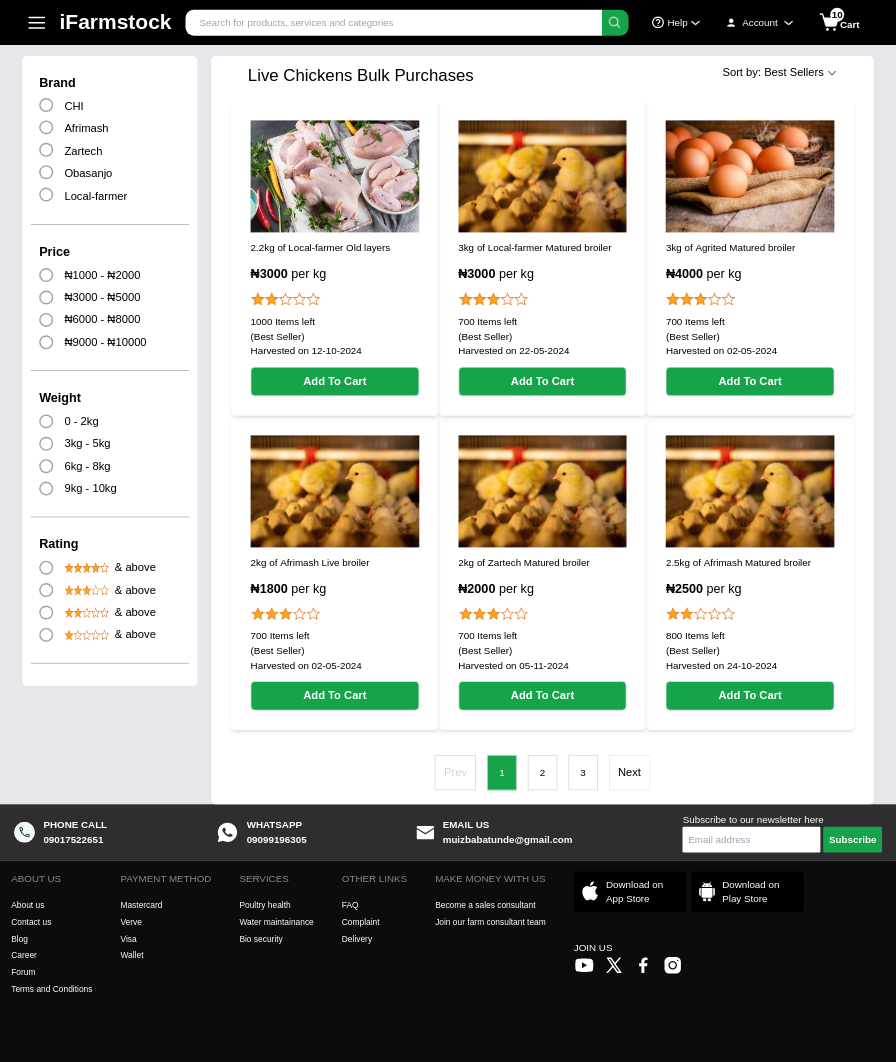
Repository: IssaMuiz/ifarmstock
Page: /live-chickens-bulk-purchases
An editor plug-in stored every save of this project. The page is shown before and after the next save, followed by the edit.
The browser window is 1280 px wide. The pictures show the part of the page from y = 0 to 1920 px (the page is 1517 px tall before and 3308 px after), at 70% of full size.
The project was rebuilt for these pictures with package versions that can differ from the ones it lists, and the page was loaded fresh each time. The framework's server and built-in components were replaced by stand-ins that run in the browser. Also part of the build but not shown: next.config.mjs.

Above is the page before, as saved 2024-09-14 01:03:07.

### app/layout.tsx
import "@/styles/globals.css";
import Footer from "@/components/footer";
import ClientLayout from "@/components/clientLayout";
export const metadata = {
  title: "iFarmStock",
  description: "Livestock farming e-commerce website",
};

export default function RootLayout({
  children,
}: {
  children: React.ReactNode;
}) {
  return (
    <html lang="en">
      <body className="bg-gray-200 min-h-screen w-auto flex flex-col ">
        <main className="flex-grow">
          <ClientLayout>{children}</ClientLayout>
        </main>
        <footer>
          <Footer />
        </footer>
      </body>
    </html>
  );
}

### app/live-chickens-bulk-purchases/page.tsx
"use client";
import Image from "next/image";
import livechickens from "@/models/liveChickensBulkPurchases.json";
import React, { useEffect, useState } from "react";
import Sorting from "@/components/sorting";
import Filter from "@/components/filter";
import Pagination from "@/components/pagination";

interface DiscountType {
  minWeight: number;
  maxWeight: number | null;
  discount: number;
}

interface ProductType {
  id: number;
  image: string;
  name: string;
  price: number;
  weight: number;
  rating: number;
  itemsLeft: number;
  isBestSeller: boolean;
  dateAdded: string;
  brand: string;
  minimum: number;
  discountTiers: DiscountType[];
}

type weightType = [number, number] | null;

const MaturedBroiler = () => {
  const [products, setProducts] = useState<ProductType[]>([]);
  const [loading, setLoading] = useState(true);
  const [currentPage, setCurrentPage] = useState<number>(1);
  const [isOpen, setIsOpen] = useState<boolean>(false);
  const [isSortOpen, setIsSortOpen] = useState(false);
  const [isFilteredOpen, setIsFilteredOpen] = useState(false);
  const [sortingSelected, setSortingSelected] = useState<string>("bestSellers");
  const [selectedBrand, setSelectedBrand] = useState<string | null>(null);
  const [priceRange, setPriceRange] = useState<number[] | null>(null);
  const [weightRange, setWeightRange] = useState<weightType>([0, 10]);
  const [rating, setRating] = useState<number | null>(null);
  const [totalPages, setTotalPages] = useState(0);

  const productPerPage = 6;
  const indexOfLastProduct = currentPage * productPerPage;
  const indexOfFirstProduct = indexOfLastProduct - productPerPage;

  const sortingOptions = [
    { value: "lowToHigh", label: "Price: Low to High" },
    { value: "highToLow", label: "Price: High to low" },
    { value: "newest", label: "Newest Arrivals" },
    { value: "bestSellers", label: "Best Sellers" },
  ];

  const liveChickensPriceRange = [
    [1000, 2000],
    [3000, 5000],
    [6000, 8000],
    [9000, 10000],
  ];

  const ratingImages = [
    {
      value: 40,
      img: "/assets/icons/rating-40.png",
    },
    {
      value: 30,
      img: "/assets/icons/rating-30.png",
    },
    {
      value: 20,
      img: "/assets/icons/rating-20.png",
    },
    {
      value: 10,
      img: "/assets/icons/rating-10.png",
    },
  ];

  /* useEffect(() => {
    const fetchData = async () => {
      const data = await fetch("/models/liveChickensBulkPurchases.json").then(
        (res) => res.json()
      );

      setProducts(data);

      console.log(data);
    };
    fetchData();
  }, []);
 */
  const calculateDiscountPrice = (
    product: ProductType,
    weight: number
  ): number => {
    console.log("hello products");
    const basePrice = product.price * weight;
    let discount = 0;

    for (const discountTiers of product.discountTiers) {
      console.log(
        discountTiers.minWeight,
        discountTiers.maxWeight,
        discountTiers.discount
      );
      if (
        weight >= discountTiers.minWeight &&
        (discountTiers.maxWeight === null || weight <= discountTiers.maxWeight!)
      ) {
        discount = discountTiers.discount;
        break;
      }
    }

    const discountedPrice = basePrice * (1 - discount / 100);
    return discountedPrice;
  };

  const product = products.find((p) => p.id === 1);
  if (product) {
    const weight = 200;

    const price = calculateDiscountPrice(product, weight);

    console.log(`Total Price for ${weight}kg: ${price}`);
  } else {
    console.log("product not found");
  }

  const selectedLabel =
    sortingOptions.find((option) => option.value === sortingSelected)?.label ||
    "Selected";

  useEffect(() => {
    const filteredProducts = () => {
      setLoading(true);

      let filtered = [...livechickens];

      if (sortingSelected === "bestSellers") {
        filtered = filtered.sort((a, b) =>
          a.isBestSeller === b.isBestSeller ? 0 : a.isBestSeller ? -1 : 1
        );
      } else if (sortingSelected === "lowToHigh") {
        filtered = filtered.sort((a, b) => a.price - b.price);
      } else if (sortingSelected === "highToLow") {
        filtered = filtered.sort((a, b) => b.price - a.price);
      } else if (sortingSelected === "newest") {
        filtered = filtered.sort(
          (a, b) =>
            new Date(b.dateAdded).getTime() - new Date(a.dateAdded).getTime()
        );
      }

      if (priceRange) {
        filtered = filtered.filter(
          (product) =>
            product.price >= priceRange[0] && product.price <= priceRange[1]
        );
      }

      if (weightRange) {
        filtered = filtered.filter(
          (product) =>
            product.weight >= weightRange[0] && product.weight <= weightRange[1]
        );
      }
      if (selectedBrand) {
        filtered = filtered.filter(
          (product) => product.brand === selectedBrand
        );
      }
      if (rating !== null && rating > 0) {
        filtered = filtered.filter((product) => product.rating >= rating);
      }

      const newTotalPages = Math.ceil(filtered.length / productPerPage);

      setTotalPages(newTotalPages);

      if (currentPage > newTotalPages) {
        setCurrentPage(1);
      }
      const currentProducts = filtered.slice(
        indexOfFirstProduct,
        indexOfLastProduct
      );
      setProducts(currentProducts);
      setLoading(false);
    };

    filteredProducts();
  }, [
    weightRange,
    selectedBrand,
    priceRange,
    rating,
    sortingSelected,
    productPerPage,
    currentPage,
    indexOfFirstProduct,
    indexOfLastProduct,
  ]);

  const resetFilter = () => {
    setSelectedBrand(null);
    setPriceRange(null);
    setRating(null);
  };

  const handleGoBack = () => {
    resetFilter();
  };

  const toggleBrand = (brand: string) => {
    if (selectedBrand === brand) {
      setSelectedBrand(null);
    } else {
      setSelectedBrand(brand);
    }
  };

  const toggleRating = (rate: number) => {
    if (rating === rate) {
      setRating(null);
    } else {
      setRating(rate);
    }
  };

  const togglePrice = (range: number[]) => {
    setPriceRange((prev) =>
      prev && prev[0] === range[0] && prev[1] === range[1] ? null : range
    );
  };

  const toggleWeight = (range: weightType) => {
    if (weightRange?.[0] === range?.[0] && weightRange?.[1] === range?.[1]) {
      setWeightRange([0, 10000]);
    } else {
      setWeightRange(range);
    }
  };

  const toggleSortDropdown = () => {
    setIsOpen((prev) => !prev);
  };
  const toggleSortPanel = () => {
    setIsSortOpen((prev) => !prev);
  };
  const toggleFilteredPanel = () => {
    setIsFilteredOpen((prev) => !prev);
  };

  const handleSortChange = (e: React.ChangeEvent<HTMLInputElement>) => {
    setSortingSelected(e.target.value);
    setIsSortOpen(false);
  };

  const handleLabelClick = (sortType: string) => {
    setSortingSelected(sortType);
    setIsSortOpen(false);
  };

  const scrollToTop = () => {
    window.scrollTo({ top: 0 });
  };

  const handleNextPage = () => {
    if (currentPage < totalPages) {
      setCurrentPage((prevPage) => prevPage + 1);
      scrollToTop();
    }
  };

  const handlePrevPage = () => {
    if (currentPage > 1) {
      setCurrentPage((prevPage) => prevPage - 1);
      scrollToTop();
    }
  };

  const handlePageClick = (pageNumber: number) => {
    setCurrentPage(pageNumber);
    scrollToTop();
  };

  const getPagenumbers = () => {
    const maxVisiblePages = 3;

    let startPage = Math.max(currentPage - 1, 1);
    let endPage = startPage + maxVisiblePages - 1;

    if (endPage > totalPages) {
      endPage = totalPages;

      startPage = Math.max(endPage - maxVisiblePages + 1, 1);
    }

    const pages = [];
    for (let i = startPage; i <= endPage; i++) {
      pages.push(i);
    }
    return pages;
  };

  return (
    <section className="flex gap-5 tablet:mx-8 tablet:mt-20 mobile:mt-24">
      <div className="mobile:hidden tablet:flex">
        <Filter
          priceRange={liveChickensPriceRange}
          showWeightFilter={true}
          resetFilter={resetFilter}
          togglePrice={togglePrice}
          toggleBrand={toggleBrand}
          toggleWeight={toggleWeight}
          toggleRating={toggleRating}
          selectedBrand={selectedBrand}
          selectedPriceRange={priceRange}
          weightRange={weightRange}
          rating={rating}
          ratingImages={ratingImages}
        />
      </div>
      {loading ? (
        <p>Loading...</p>
      ) : products.length === 0 ? (
        /* Empty Products cards */
        <div className="bg-white w-96 rounded-md h-56 flex flex-col items-center text-center mx-auto mt-20">
          <p className="text-lg font-semibold pt-10">
            This product search option is not available
          </p>
          <span>Please try other options</span>
          <button className="bg-gray-300 p-2" onClick={handleGoBack}>
            Go Back
          </button>
        </div>
      ) : (
        <div>
          <div className="text-center h-20 mobile:block tablet:hidden text-2xl mt-8 fixed top-16 left-0 z-10 right-0 text-black bg-white">
            <p className="mt-6">Live Chickens Bulk Purchases</p>
            {/* Mobile view Sort and Filter button */}
            <div className="flex justify-evenly text-black mt-2 bg-white text-lg p-2 border-b-4 border-t-4">
              <div
                onClick={toggleSortPanel}
                className="flex gap-1 items-center w-max   cursor-pointer
              "
              >
                <Image
                  className="h-5 w-5"
                  src="/assets/icons/sort-50.png"
                  alt="sort-icon"
                  width={10}
                  height={10}
                />
                <button type="button" className="">
                  Sort
                </button>
              </div>
              <div className="border-r border-r-black "></div>
              <div
                onClick={toggleFilteredPanel}
                className="flex gap-1 items-center w-max cursor-pointer "
              >
                <Image
                  className="h-5 w-5"
                  src="/assets/icons/filter-24.png"
                  alt="sort-icon"
                  width={10}
                  height={10}
                />
                <button type="button">Filter</button>
              </div>

              {/* Sliding Sort Panel */}
              <div
                className={`fixed top-24 right-0 w-full bg-white h-full shadow-lg z-20 transform ${
                  isSortOpen ? "translate-x-0" : "-translate-x-full "
                } transition-transform duration-300 ease-in-out`}
              >
                <Sorting
                  isSortOpen={isSortOpen}
                  toggleDropdown={toggleSortDropdown}
                  selectedLabel={selectedLabel}
                  sortingOptions={sortingOptions}
                  isOpen={isOpen}
                  handleLabelClick={handleLabelClick}
                  sortingSelected={sortingSelected}
                  handleSortChange={handleSortChange}
                />
                <button
                  onClick={toggleSortPanel}
                  className="absolute top-2 right-2 text-3xl"
                >
                  &times;
                </button>
              </div>

              {/* Sliding Filter Panel */}
              <div
                className={`fixed top-24 left-0 max-h-screen overflow-y-auto bg-white h-full w-full  shadow-lg z-20 transform ${
                  isFilteredOpen ? "translate-x-0" : "-translate-x-full "
                } transition-transform duration-300 ease-in-out`}
              >
                <div className="relative w-full h-full ">
                  <div className="flex justify-between items-center bg-white p-4 sticky top-0 z-20 shadow-md">
                    <div className="flex gap-2">
                      <button
                        className="bg-gray-500 p-1 text rounded-md"
                        onClick={toggleFilteredPanel}
                      >
                        Close
                      </button>
                      <button
                        type="button"
                        onClick={toggleFilteredPanel}
                        className="text p-1 rounded-md bg-green-600"
                      >
                        Apply
                      </button>
                    </div>

                    <button
                      type="button"
                      onClick={resetFilter}
                      className="bg-red-600 text text p-1 rounded-md"
                    >
                      Reset
                    </button>
                  </div>

                  <Filter
                    priceRange={liveChickensPriceRange}
                    showWeightFilter={true}
                    resetFilter={resetFilter}
                    togglePrice={togglePrice}
                    toggleWeight={toggleWeight}
                    toggleBrand={toggleBrand}
                    toggleRating={toggleRating}
                    selectedBrand={selectedBrand}
                    selectedPriceRange={priceRange}
                    weightRange={weightRange}
                    rating={rating}
                    ratingImages={ratingImages}
                  />
                </div>
              </div>
            </div>
          </div>

          {/* Desktop and tablet view Sorting */}
          <div className="Broiler-cards h-auto bg-white p-3 w-full rounded-md items-center pb-5">
            <div className="flex justify-between mx-10 tablet:flex mobile:hidden ">
              <div>
                <h1 className="desktop:text-2xl tablet:text-lg ">
                  Live Chickens Bulk Purchases
                </h1>
              </div>

              <Sorting
                isSortOpen={isSortOpen}
                toggleDropdown={toggleSortDropdown}
                selectedLabel={selectedLabel}
                sortingOptions={sortingOptions}
                isOpen={isOpen}
                handleLabelClick={handleLabelClick}
                sortingSelected={sortingSelected}
                handleSortChange={handleSortChange}
              />
            </div>
            {/* Products Cards */}
            <div className="bg-white h-auto flex flex-col items-center w-auto tablet:mt-1 mobile:mt-24">
              <ul className="grid desktop:grid-cols-3 tablet:grid-cols-2 mobile:grid-cols-1 tablet:p-4 mobile:p-1">
                {products.map((product) => (
                  <li
                    key={product.id}
                    className="flex shadow-md hover:shadow-xl hover:scale-[1.01] hover:transition-all hover:duration-300 hover:ease-in-out flex-col tablet:min-w-[200px] mobile:min-w-[120px] tablet:p-7 tablet:gap-3 mobile:p-3 mobile:gap-1 rounded-md cursor-pointer"
                  >
                    <Image
                      src={product.image}
                      alt="poultry"
                      width={150}
                      height={100}
                      className="h-full w-full"
                    />
                    <div className="text-md">
                      <p className="line-clamp-2 mb-3">
                        <span>{product.weight}kg</span>
                        <span className="mx-1">of</span>
                        <span>{product.brand}</span> {product.name}
                      </p>
                      <p className="font-semibold text-lg mb-3">
                        &#8358;{product.price}
                        <span className="text-md font-extralight"> per kg</span>
                      </p>
                      <div className="mb-3">
                        <Image
                          src={`/assets/icons/rating-${product.rating}.png`}
                          alt="rating-icon"
                          width={100}
                          height={60}
                        />
                      </div>
                      <div className="">{product.itemsLeft} Items left</div>
                      <div>
                        {product.isBestSeller && <span>(Best Seller)</span>}
                      </div>
                      <div>Harvested on {product.dateAdded}</div>
                    </div>
                    <button
                      type="button"
                      className="border w-full bg-green-600 hover:bg-green-700 text-white p-2 font-semibold rounded-md text-base"
                    >
                      Add To Cart
                    </button>
                  </li>
                ))}
              </ul>

              <Pagination
                currentPage={currentPage}
                handlePrevPage={handlePrevPage}
                getPagenumbers={getPagenumbers}
                handlePageClick={handlePageClick}
                totalPages={totalPages}
                handleNextPage={handleNextPage}
              />
            </div>
          </div>
        </div>
      )}
    </section>
  );
};

export default MaturedBroiler;

### styles/globals.css
@tailwind base;
@tailwind components;
@tailwind utilities;

.scrollbar {
  scrollbar-width: thin;
}

.text {
  color: white;
}

body {
  font-family: Arial, Helvetica, sans-serif;
  font-size: 14px;
}

### components/clientLayout.tsx
"use client";
import Navbar from "@/components/navbar";
import Sidenav from "@/components/sidenav";
import { useState, createContext } from "react";

export const SidebarContext = createContext({
  isOpen: false,
  toggleSidebar: () => {},
});

const ClientLayout = ({ children }: { children: React.ReactNode }) => {
  const [isOpen, setIsOpen] = useState(false);

  const toggleSidebar = () => {
    setIsOpen((prev) => !prev);
  };
  return (
    <SidebarContext.Provider value={{ isOpen, toggleSidebar }}>
      <Navbar />
      <Sidenav />
      <div
        className={`fixed inset-0 bg-black transition-opacity duration-300 ease-in-out z-10 ${
          isOpen
            ? "opacity-70 pointer-events-auto"
            : "opacity-0 pointer-events-none"
        }`}
        onClick={toggleSidebar}
      ></div>
      <section
        className={`relative z-0 transition-all duration-300 ease-in-out `}
      >
        {children}
      </section>
    </SidebarContext.Provider>
  );
};

export default ClientLayout;

### components/pagination.tsx
interface PaginationProps {
  currentPage: number;
  handlePrevPage: () => void;
  getPagenumbers: () => number[];
  handlePageClick: (pageNumber: number) => void;
  totalPages: number;
  handleNextPage: () => void;
}

const Pagination: React.FC<PaginationProps> = ({
  currentPage,
  handlePrevPage,
  getPagenumbers,
  handlePageClick,
  totalPages,
  handleNextPage,
}) => {
  return (
    <div className="flex tablet:gap-4 mobile:gap-2 mx-auto mt-5">
      <button
        disabled={currentPage === 1}
        onClick={handlePrevPage}
        className={`border tablet:p-3 mobile:p-1 tablet:text-base mobile:text-sm  ${
          currentPage === 1
            ? " border-gray-300 text-gray-300 "
            : "hover:border-green-600 "
        }`}
      >
        Prev
      </button>
      {getPagenumbers().map((pageNumber) => (
        <button
          key={pageNumber}
          onClick={() => handlePageClick(pageNumber)}
          className={`${
            pageNumber === currentPage
              ? "active bg-green-600 text cursor-pointer"
              : ""
          } border border-gray-300 tablet:px-4 mobile:px-2 tablet:py-1 hover:border-green-600`}
        >
          {pageNumber}
        </button>
      ))}

      <button
        disabled={currentPage === totalPages}
        onClick={handleNextPage}
        className={`border tablet:p-3 mobile:p-1 tablet:text-base mobile:text-sm ${
          currentPage === totalPages
            ? " border-gray-300 text-gray-300 "
            : "hover:border-green-600 cursor-pointer"
        }`}
      >
        Next
      </button>
    </div>
  );
};

export default Pagination;

### tailwind.config.ts
import type { Config } from "tailwindcss";

const config: Config = {
  content: [
    "./pages/**/*.{js,ts,jsx,tsx,mdx}",
    "./components/**/*.{js,ts,jsx,tsx,mdx}",
    "./app/**/*.{js,ts,jsx,tsx,mdx}",
  ],
  theme: {
    extend: {
      screens: {
        mobile: "320px",
        tablet: "768px",
        desktop: "1024px",
      },
    },
  },
  plugins: [],
};
export default config;

Loaded but not shown: models/liveChickensBulkPurchases.json (482 lines, source omitted); public/models/liveChickensBulkPurchases.json (482 lines, source omitted); components/footer.tsx (335 lines, source omitted); components/filter.tsx (230 lines, source omitted); components/navbar.tsx (151 lines, source omitted); components/sidenav.tsx (125 lines, source omitted); components/sorting.tsx (116 lines, source omitted)

After the next save:
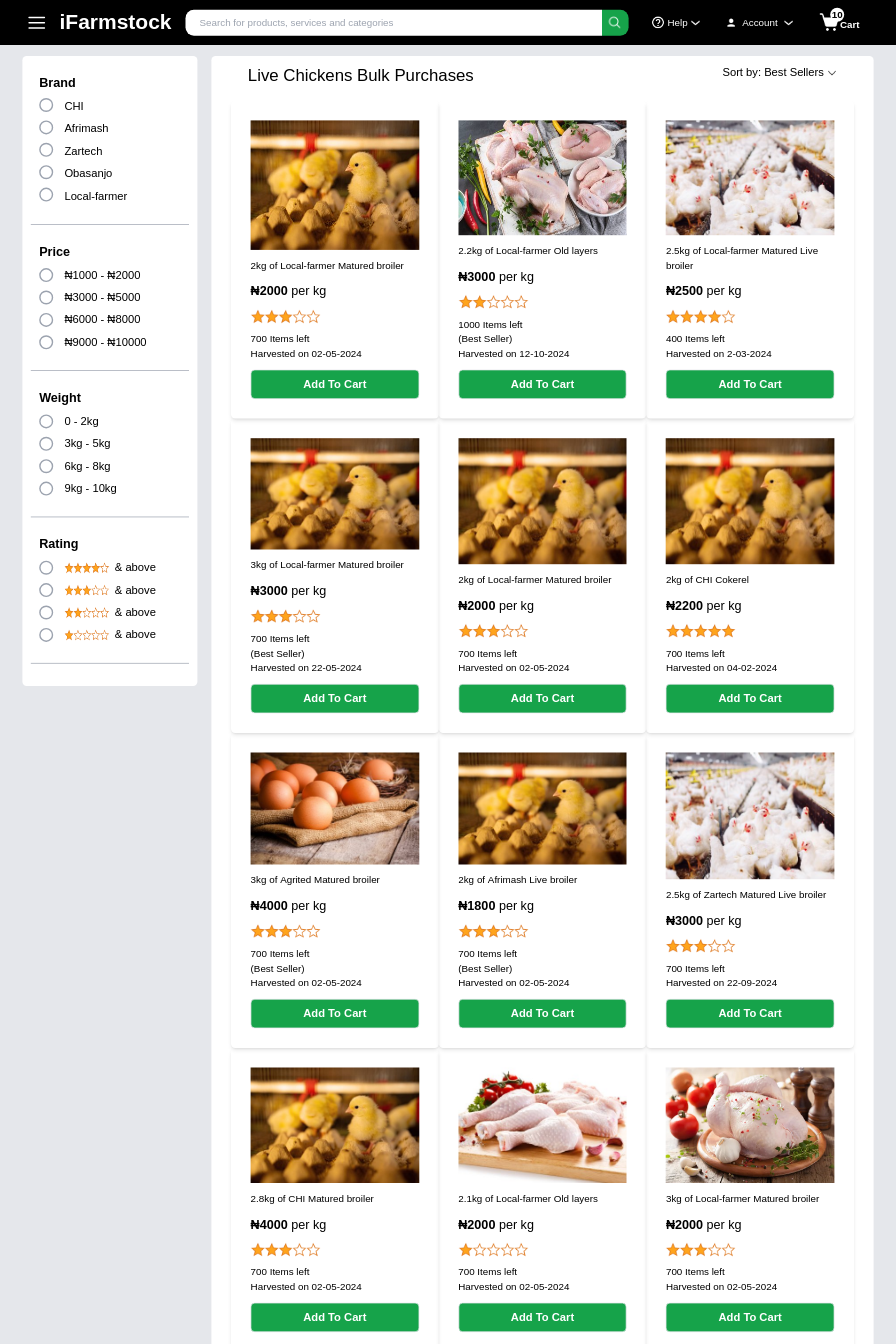
Saved 77 s later.
--- a/app/live-chickens-bulk-purchases/page.tsx
+++ b/app/live-chickens-bulk-purchases/page.tsx
@@ -80,7 +80,7 @@ const MaturedBroiler = () => {
     },
   ];
 
-  /* useEffect(() => {
+  useEffect(() => {
     const fetchData = async () => {
       const data = await fetch("/models/liveChickensBulkPurchases.json").then(
         (res) => res.json()
@@ -92,7 +92,7 @@ const MaturedBroiler = () => {
     };
     fetchData();
   }, []);
- */
+
   const calculateDiscountPrice = (
     product: ProductType,
     weight: number
